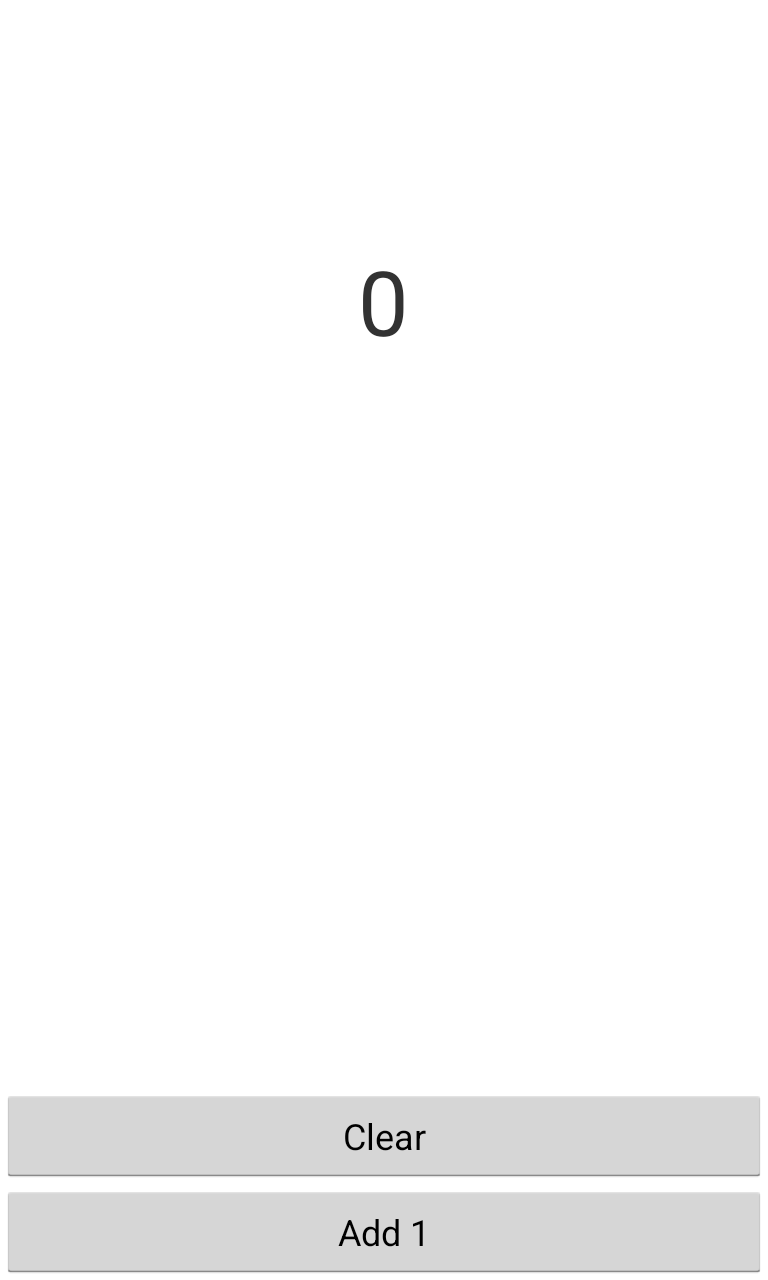
Repository: phedavkar/android_class
Layout: Counter/res/layout/main.xml
These files come from the project's save history. The layout is drawn as it stood at one moment and after the next save; the edit follows.
It is drawn on a 768 x 1280 px phone screen (xhdpi) without system bars, with theme AppTheme; the app's code is not run.

Above is the layout before, as saved 2014-04-08 17:56:10.

### Counter/res/layout/main.xml
<?xml version="1.0" encoding="utf-8"?>
<RelativeLayout xmlns:android="http://schemas.android.com/apk/res/android"
    android:layout_width="match_parent"
    android:layout_height="match_parent" >

    <TextView
        android:id="@+id/counterView"
        android:layout_width="wrap_content"
        android:layout_height="wrap_content"
        android:layout_alignParentTop="true"
        android:layout_centerHorizontal="true"
        android:layout_marginTop="120dp"
        android:textSize="45sp"
        android:text="0" />

    <Button
        android:id="@+id/increment"
        android:layout_width="fill_parent"
        android:layout_height="wrap_content"
        android:layout_alignParentBottom="true"
        android:layout_centerHorizontal="true"
        android:text="@string/increment" />

    <Button
        android:id="@+id/clear"
        android:layout_width="fill_parent"
        android:layout_height="wrap_content"
        android:layout_above="@+id/increment"
        android:text="Clear" />

</RelativeLayout>

### Counter/res/values/strings.xml
<resources>

    <string name="app_name">Counter</string>
    <string name="increment">Add 1</string>

</resources>

Loaded but not shown: Counter/res/values/styles.xml (common file); Counter/res/values-v11/styles.xml (common file); Counter/res/values-v14/styles.xml (common file)

After the next save:
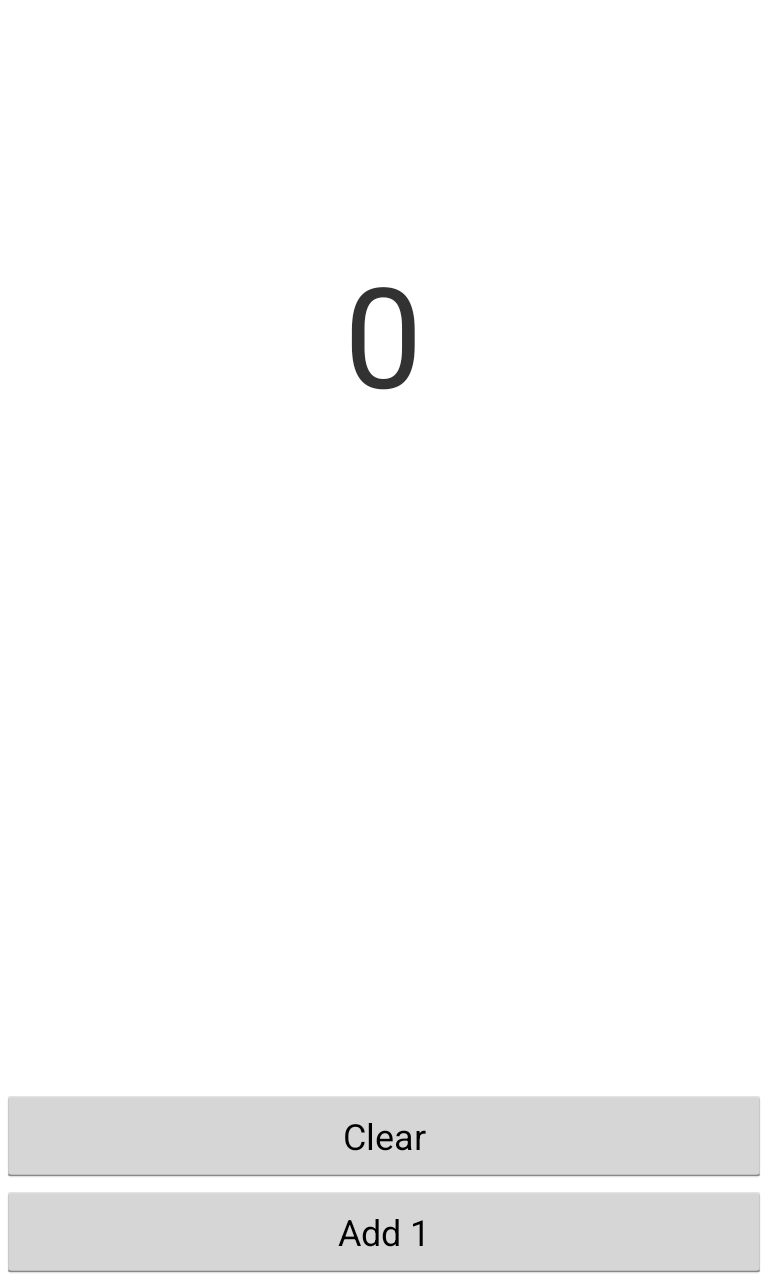
Saved 23 s later.
--- a/Counter/res/layout/main.xml
+++ b/Counter/res/layout/main.xml
@@ -10,7 +10,7 @@
         android:layout_alignParentTop="true"
         android:layout_centerHorizontal="true"
         android:layout_marginTop="120dp"
-        android:textSize="45sp"
+        android:textSize="70sp"
         android:text="0" />
 
     <Button
